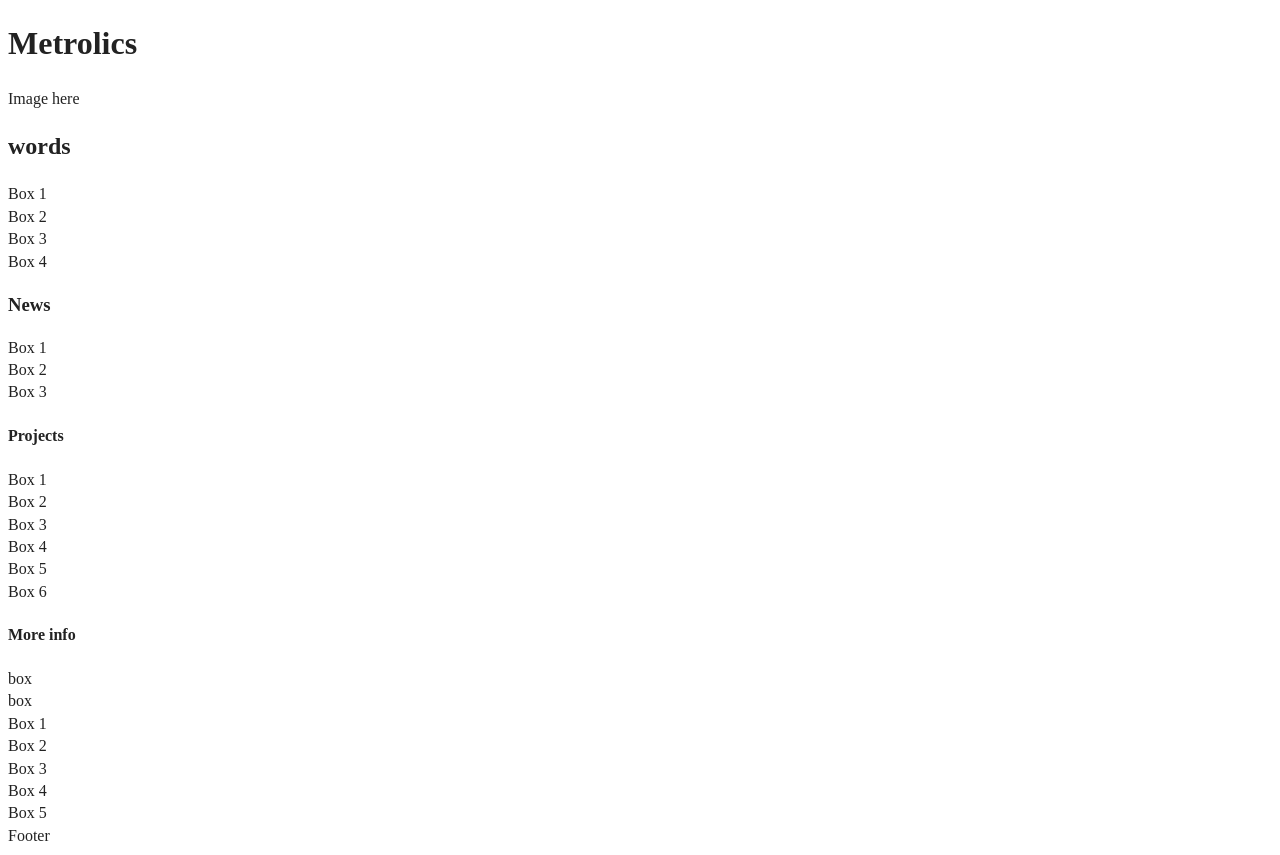
Repository: Jennica1/HTML_Structure
Page: index.html
An editor plug-in stored every save of this project. The page is shown before and after the next save, followed by the edit.
The browser window is 1280 px wide. The pictures show the whole page.

Above is the page before, as saved 2024-01-24 18:18:22.

### index.html
<!doctype html>
<html class="no-js" lang="en">

<head>
  <meta charset="utf-8">
  <meta name="viewport" content="width=device-width, initial-scale=1">
  <title></title>
  <link rel="stylesheet" href="css/style.css">
  <meta name="description" content="">

  <meta property="og:title" content="">
  <meta property="og:type" content="">
  <meta property="og:url" content="">
  <meta property="og:image" content="">

  <link rel="icon" href="/favicon.ico" sizes="any">
  <link rel="icon" href="/icon.svg" type="image/svg+xml">
  <link rel="apple-touch-icon" href="icon.png">

  <link rel="manifest" href="site.webmanifest">
  <meta name="theme-color" content="#fafafa">
</head>

    <body class="page">

      <!--Header-->
      <header class="page__header">
        <div class="outter-container">
          <div class="content-container title">
            <h1>Metrolics</h1>
          </div>
        </div>
      </header>

      <!--minion image-->
      <div class="page__image">
        <div class="outter-container">
          <div class="content-container image">
            Image here
          </div>
        </div>
      </div>

      <div class="page__title">
        <div class="outter-container">
          <div class="content-container subtitle">
            <h2>words</h2>
          </div>
        </div>
      </div>


      <!--Things we can do-->
      <div class="page__description">
        <div class="outter-container">
          <div class="content-container title">
              <div class="content-container box">
               Box 1
              </div>
                <div class="content-container box">
                  Box 2
                </div>
                  <div class="content-container box">
                    Box 3
                </div>
                    <div class="content-container box">
                      Box 4
                    </div>

          </div>
        </div>
      </div>

      <!--latest-->
      <div class="page__latest">
        <div class="outter-container">
          <div class="content-container title">
            <h3>News</h3>
            <div class="content-container news-box">
              Box 1
             </div>
               <div class="content-container news-box">
                 Box 2
               </div>
                 <div class="content-container news-box">
                   Box 3
               </div>
          </div>
        </div>
      </div>

      <!--projects-->
      <div class="page__projects">
        <div class="outter-container">
          <div class="content-container title">
            <h4>Projects</h4>
              <div class="content-container project-box">
                Box 1
              </div>
                <div class="content-container project-box">
                  Box 2
                </div>
                  <div class="content-container project-box">
                    Box 3
                  </div>
                    <div class="content-container project-box">
                      Box 4
                    </div>
                      <div class="content-container project-box">
                        Box 5
                      </div>
                        <div class="content-container project-box">
                          Box 6
                        </div>
          </div>
        </div>
      </div>

      <!--Additional info-->
      <div class="page__information">
        <div class="outter-container">
          <div class="content-container title">
            <h4>More info</h4>
          </div>
            <div class="info-box">
              box
            </div>
            <div class="info-box">
              box
            </div>
        </div>
      </div>

      <!--brands-->
      <div class="page__brands">
        <div class="outter-container">
          <div class="content-container brand-box">
            Box 1
          </div>
            <div class="content-container brand-box">
              Box 2
            </div>
              <div class="content-container brand-box">
                Box 3
              </div>
                  <div class="content-container brand-box">
                    Box 4
                  </div>
                    <div class="content-container brand-box">
                      Box 5
                    </div>
        </div>
      </div>

    <!--footer-->
    <footer class="page__footer">
      <div class="outter-container">
        <div class="content-container twitter-header">
          Footer
        </div>
          <div>
      </div>
    </footer>

  <script src="js/app.js"></script>

</body>

</html>

### css/style.css
/*! HTML5 Boilerplate v9.0.0-RC1 | MIT License | https://html5boilerplate.com/ */

/* main.css 3.0.0 | MIT License | https://github.com/h5bp/main.css#readme */
/*
 * What follows is the result of much research on cross-browser styling.
 * Credit left inline and big thanks to Nicolas Gallagher, Jonathan Neal,
 * Kroc Camen, and the H5BP dev community and team.
 */

/* ==========================================================================
   Base styles: opinionated defaults
   ========================================================================== */

html {
  color: #222;
  font-size: 1em;
  line-height: 1.4;
}

/*
 * Remove text-shadow in selection highlight:
 * https://twitter.com/miketaylr/status/12228805301
 *
 * Customize the background color to match your design.
 */

::-moz-selection {
  background: #b3d4fc;
  text-shadow: none;
}

::selection {
  background: #b3d4fc;
  text-shadow: none;
}

/*
 * A better looking default horizontal rule
 */

hr {
  display: block;
  height: 1px;
  border: 0;
  border-top: 1px solid #ccc;
  margin: 1em 0;
  padding: 0;
}

/*
 * Remove the gap between audio, canvas, iframes,
 * images, videos and the bottom of their containers:
 * https://github.com/h5bp/html5-boilerplate/issues/440
 */

audio,
canvas,
iframe,
img,
svg,
video {
  vertical-align: middle;
}

/*
 * Remove default fieldset styles.
 */

fieldset {
  border: 0;
  margin: 0;
  padding: 0;
}

/*
 * Allow only vertical resizing of textareas.
 */

textarea {
  resize: vertical;
}

/* ==========================================================================
   Author's custom styles
   ========================================================================== */

/* ==========================================================================
   Helper classes
   ========================================================================== */

/*
 * Hide visually and from screen readers
 */

.hidden,
[hidden] {
  display: none !important;
}

/*
 * Hide only visually, but have it available for screen readers:
 * https://snook.ca/archives/html_and_css/hiding-content-for-accessibility
 *
 * 1. For long content, line feeds are not interpreted as spaces and small width
 *    causes content to wrap 1 word per line:
 *    https://medium.com/@jessebeach/beware-smushed-off-screen-accessible-text-5952a4c2cbfe
 */

.visually-hidden {
  border: 0;
  clip: rect(0, 0, 0, 0);
  height: 1px;
  margin: -1px;
  overflow: hidden;
  padding: 0;
  position: absolute;
  white-space: nowrap;
  width: 1px;
  /* 1 */
}

/*
 * Extends the .visually-hidden class to allow the element
 * to be focusable when navigated to via the keyboard:
 * https://www.drupal.org/node/897638
 */

.visually-hidden.focusable:active,
.visually-hidden.focusable:focus {
  clip: auto;
  height: auto;
  margin: 0;
  overflow: visible;
  position: static;
  white-space: inherit;
  width: auto;
}

/*
 * Hide visually and from screen readers, but maintain layout
 */

.invisible {
  visibility: hidden;
}

/*
 * Clearfix: contain floats
 *
 * The use of `table` rather than `block` is only necessary if using
 * `::before` to contain the top-margins of child elements.
 */

.clearfix::before,
.clearfix::after {
  content: "";
  display: table;
}

.clearfix::after {
  clear: both;
}

/* ==========================================================================
   EXAMPLE Media Queries for Responsive Design.
   These examples override the primary ('mobile first') styles.
   Modify as content requires.
   ========================================================================== */

@media only screen and (min-width: 35em) {
  /* Style adjustments for viewports that meet the condition */
}

@media print,
  (-webkit-min-device-pixel-ratio: 1.25),
  (min-resolution: 1.25dppx),
  (min-resolution: 120dpi) {
  /* Style adjustments for high resolution devices */
}

/* ==========================================================================
   Print styles.
   Inlined to avoid the additional HTTP request:
   https://www.phpied.com/delay-loading-your-print-css/
   ========================================================================== */

@media print {
  *,
  *::before,
  *::after {
    background: #fff !important;
    color: #000 !important;
    /* Black prints faster */
    box-shadow: none !important;
    text-shadow: none !important;
  }

  a,
  a:visited {
    text-decoration: underline;
  }

  a[href]::after {
    content: " (" attr(href) ")";
  }

  abbr[title]::after {
    content: " (" attr(title) ")";
  }

  /*
   * Don't show links that are fragment identifiers,
   * or use the `javascript:` pseudo protocol
   */
  a[href^="#"]::after,
  a[href^="javascript:"]::after {
    content: "";
  }

  pre {
    white-space: pre-wrap !important;
  }

  pre,
  blockquote {
    border: 1px solid #999;
    page-break-inside: avoid;
  }

  tr,
  img {
    page-break-inside: avoid;
  }

  p,
  h2,
  h3 {
    orphans: 3;
    widows: 3;
  }

  h2,
  h3 {
    page-break-after: avoid;
  }
}

Loaded but not shown: js/app.js (no stored copy; drawn as an empty file)

After the next save:
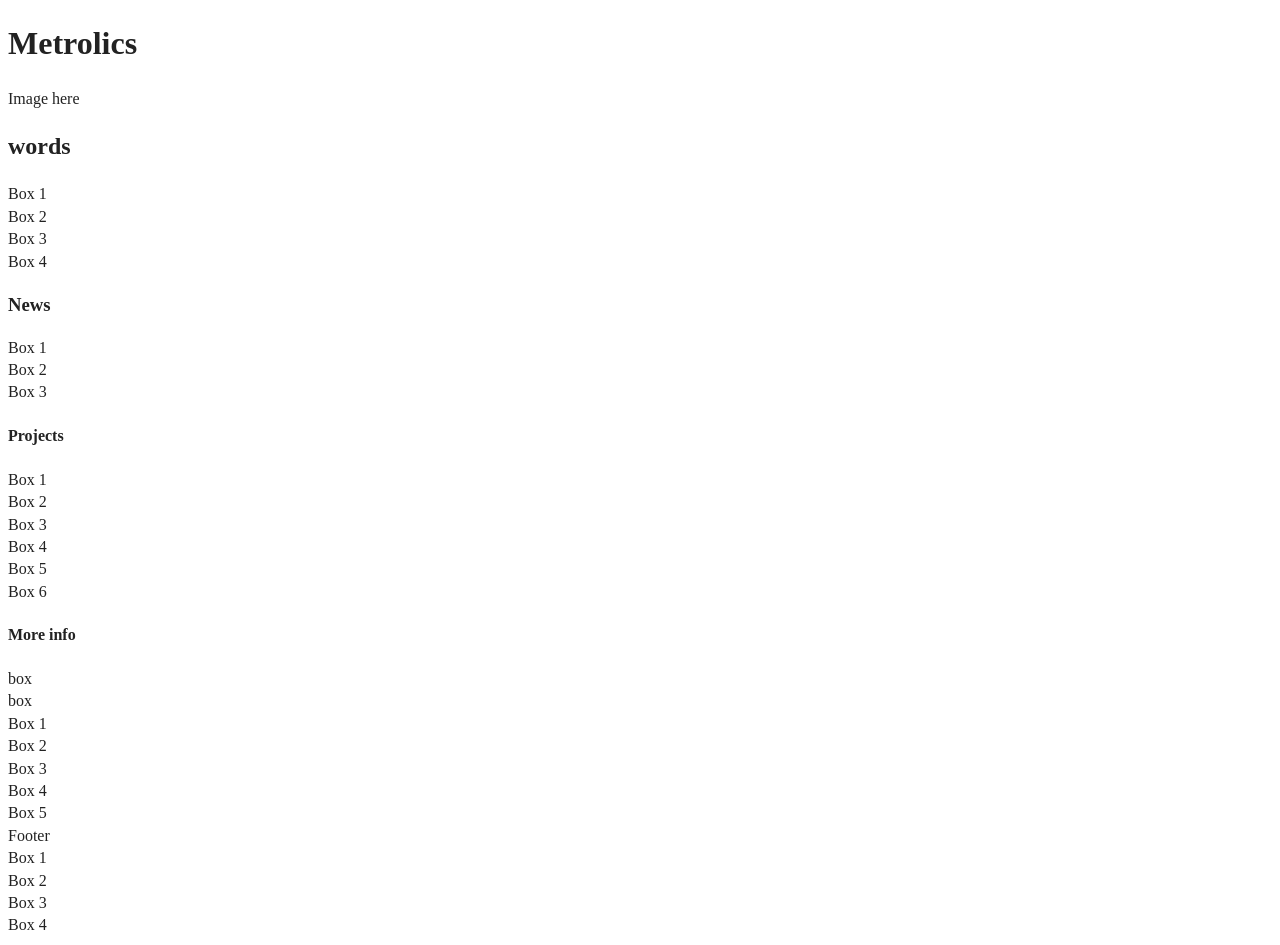
Saved 72 s later.
--- a/index.html
+++ b/index.html
@@ -41,6 +41,7 @@
         </div>
       </div>
 
+      <!--subtitle-->
       <div class="page__title">
         <div class="outter-container">
           <div class="content-container subtitle">
@@ -160,6 +161,24 @@
         </div>
           <div>
       </div>
+
+      <div class="outter-container">
+        <div class="content-container title">
+            <div class="content-container box">
+             Box 1
+            </div>
+              <div class="content-container box">
+                Box 2
+              </div>
+                <div class="content-container box">
+                  Box 3
+              </div>
+                  <div class="content-container box">
+                    Box 4
+                  </div>
+
+        </div>
+      </div>
     </footer>
 
   <script src="js/app.js"></script>
